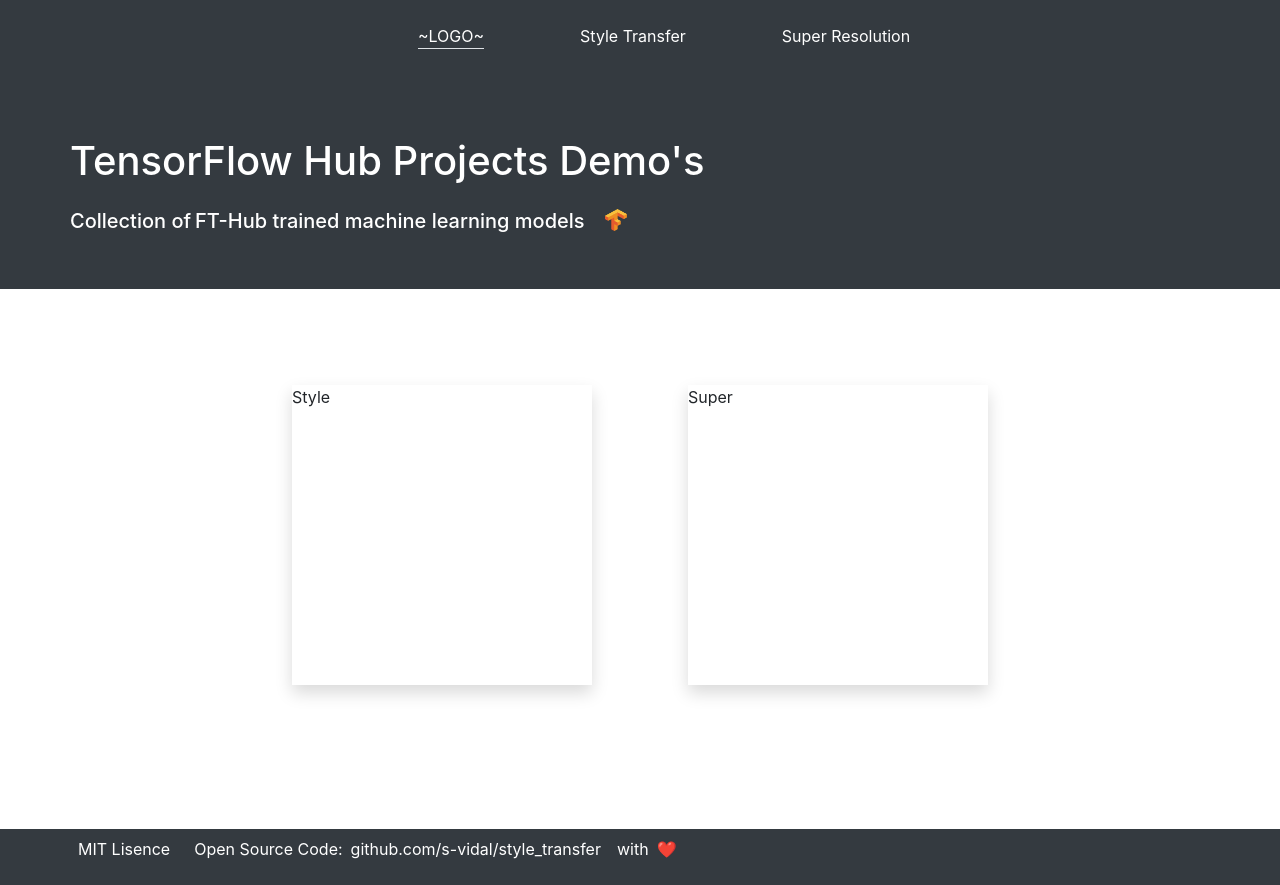
Repository: s-vidal/style_transfer
Page: / (app in client/)
An editor plug-in stored every save of this project. The page is shown before and after a run of saves, followed by the edit.
The browser window is 1280 px wide. The pictures show the whole page.
The page's requests for data from a server got no answer. The project was rebuilt for these pictures with package versions that can differ from the ones it lists, and the page was loaded fresh each time. A package was used in the major version that the imports need, not the one package.json lists. No one was signed in, and anything a server would have sent is missing. Also part of the build but not shown: client/src/components/DropZone.jsx, client/src/lib/api.js, client/src/components/Inference.jsx, client/src/components/Header.jsx, client/src/pages/StyleTransfer.jsx, client/src/pages/SuperResolution.jsx.

Above is the page before, as saved 2020-09-30 14:27:50.

After the next 4 saves:
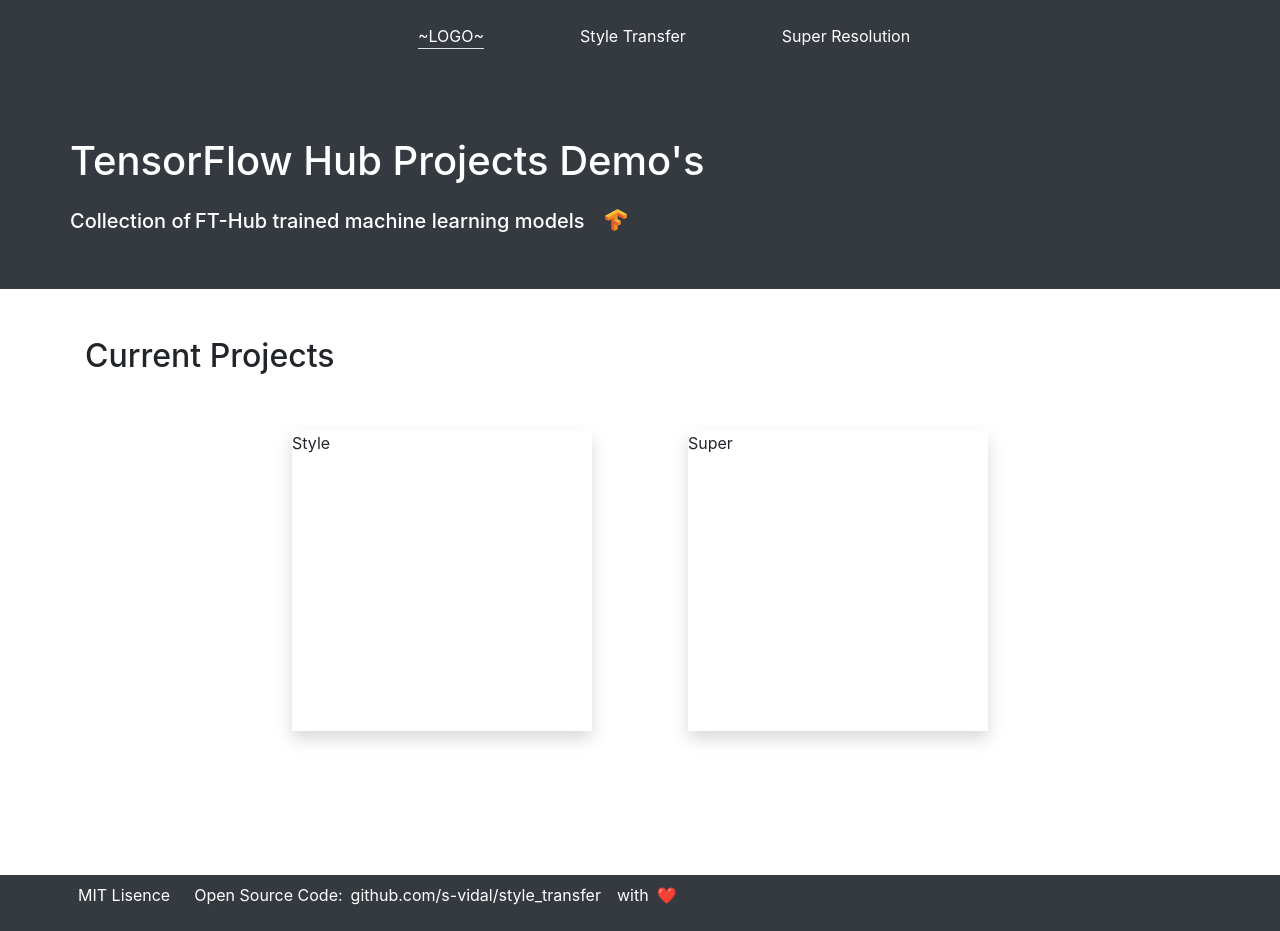
The 4 saves are shown as one change because they came seconds apart.
The last was saved 14 s later.
--- a/client/src/pages/HomePage.jsx
+++ b/client/src/pages/HomePage.jsx
@@ -29,6 +29,9 @@
       </div>
       <div className="vh-59 p-5 pb-0">
         <div className="container">
+          <div>
+            <h2>Current Projects</h2>
+          </div>
           <div className="row d-flex justify-content-center">
             <div className="home-item shadow m-5">Style</div>
             <div className="home-item shadow m-5">Super</div>
